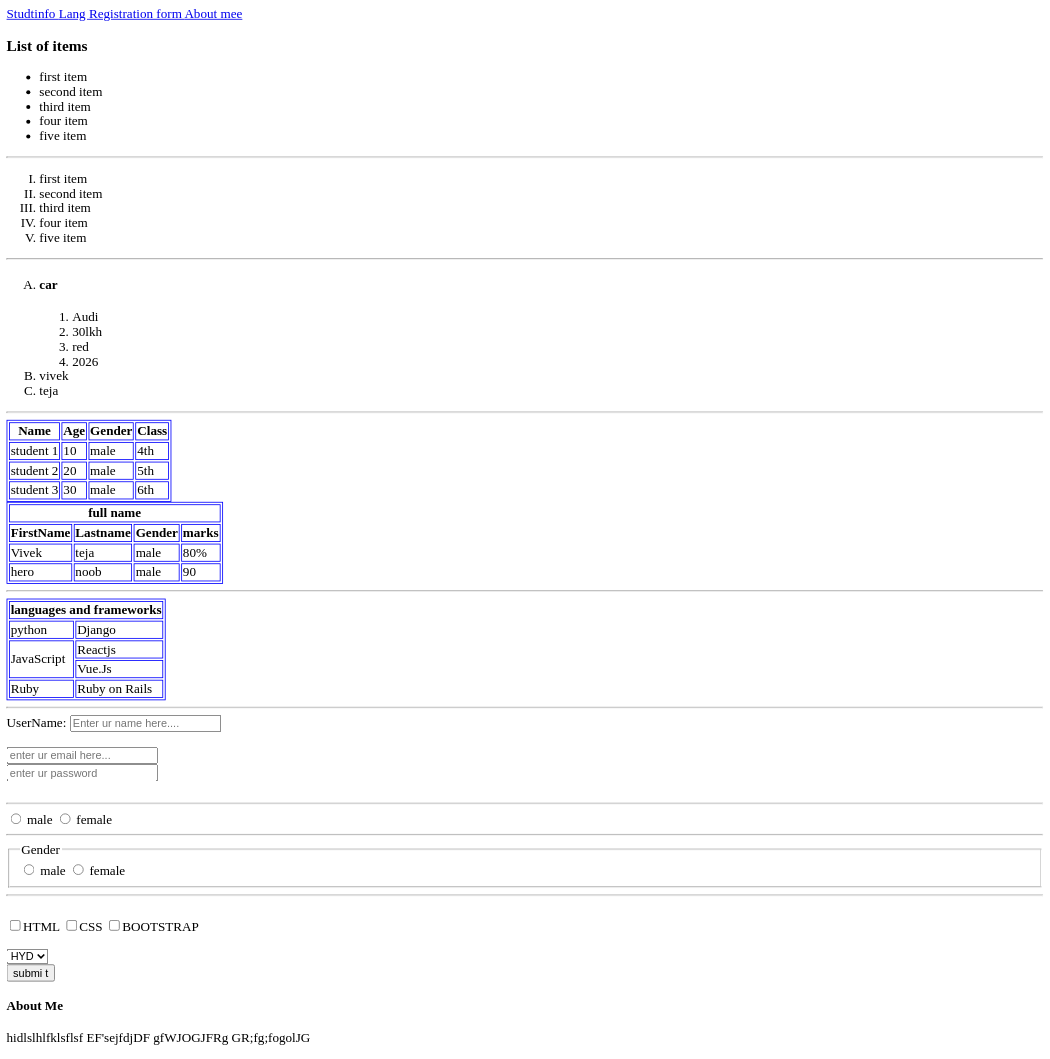
Repository: viveknaidu007/repo-166-Full-Stack-Development-Learning-Notes-Innomatics-2024
Page: module_1-html,css,bootstrap/spet_20_2024/index.html
An editor plug-in stored every save of this project. The page is shown before and after the next save, followed by the edit.
The browser window is 1280 px wide. The pictures show the whole page, at 82% of full size.

Above is the page before, as saved 2024-09-21 23:08:43.

### module_1-html,css,bootstrap/spet_20_2024/index.html
<!DOCTYPE html>
<html lang="en">
<head>
    <meta charset="UTF-8">
    <meta name="viewport" content="width=device-width, initial-scale=1.0">
    <title>intro</title>
    <style>
        table,th,td{
            border:1px solid blue;
        }
    </style>
</head>
<body>

    <a href="#stdInfo"> Studtinfo </a>
    <a href="#Lang"> Lang </a>
    <a href="#Regs"> Registration form </a>
    <a href="#AboutMe"> About mee</a>
    <h3> List of items </h3>
    <ul>
        <li> first item</li>
        <li> second item</li>
        <li> third item</li>
        <li> four item</li>
        <li> five item</li>
    </ul>

    <hr>

    <ol type="I">
        <li> first item </li>
        <li> second item </li>
        <li> third item </li>
        <li> four item </li>
        <li> five item </li>
    </ol>

    <hr>

    <ol type="A">
        <li>
            <h4> car </h4>
            <ol>
                <li> Audi </li>
                <li> 30lkh </li>
                <li> red </li>
                <li> 2026 </li>
            </ol>
        </li>
        <li> vivek </li>
        <li> teja </li>
    </ol>

    <hr>

    <table>
        <tr>
            <th> Name </th>
            <th> Age </th>
            <th> Gender </th>
            <th> Class </th>
        </tr>

        <tr>
            <td> student 1</td>
            <td> 10 </td>
            <td> male </td>
            <td> 4th</td>
        </tr>

        <tr>
            <td> student 2</td>
            <td> 20 </td>
            <td> male </td>
            <td> 5th</td>
        </tr>

        <tr>
            <td> student 3</td>
            <td> 30 </td>
            <td> male </td>
            <td> 6th </td>
        </tr>


    </table>

    <table>
        <tr>
            <th colspan="4"> full name </th>
        </tr>
        <tr>
            <th> FirstName </th>
            <th> Lastname </th>
            <th> Gender </th>
            <th> marks </th>
        </tr>
        <tr>
            <td>Vivek</td>
            <td>teja</td>
            <td>male</td>
            <td>80%</td>
        </tr>
        <tr>
            <td> hero </td>
            <td> noob </td>
            <td> male </td>
            <td> 90 </td>
        </tr>

    </table>
    <hr>
    <table>
        <tr>
            <th colspan="2"> languages and frameworks </th>
        </tr>
        <tr>
            <td>python</td>
            <td>Django</td>
        </tr>
        <tr>
            <td rowspan="2">JavaScript</td>
            <td>Reactjs</td>
        </tr>
        <tr>
            <td>Vue.Js</td>
        </tr>
        <tr>
            <td>Ruby</td>
            <td>Ruby on Rails</td>
        </tr>
    </table>

    <hr>
    <form action="" method="">

    <label for="name"> UserName: </label>
    <input type="text" placeholder="Enter ur name here...."/>
    <br>
    <br>
    <input type="email" placeholder="enter ur email here..."/>
    <br>
    <input type="password" placeholder="enter ur password"/>
    <br> <br> <hr>
    <input type="radio" name="Gender" id="">
    male
    <input type="radio" name="Gender" id="">
    female
    <br>
    <hr>
    <fieldset>
        <legend>Gender</legend>
        <input type="radio" name="gender" id="" />
        male
        <input type="radio" name="gender" id="" />
        female
    </fieldset>
    <hr>
    <br>
    <input type="checkbox" name="" id="">HTML
    <input type="checkbox" name="" id="">CSS
    <input type="checkbox" name="" id="">BOOTSTRAP
    <br> <br>
    <select name="" id="">
        <option value="">HYD</option>
        <option value="">MI</option>
        <option value="">kl</option>
        <option value="">mn</option>
    </select>
    <br>
    <button type="submit"> submi t </button>
    </form>

    <section id="AboutMe">
        <h4> About Me</h4>
        <p>
            hidlslhlfklsflsf
            EF'sejfdjDF
            gfWJOGJFRg
            GR;fg;fogolJG
        </p>

    </section>


</body>
</html>

After the next save:
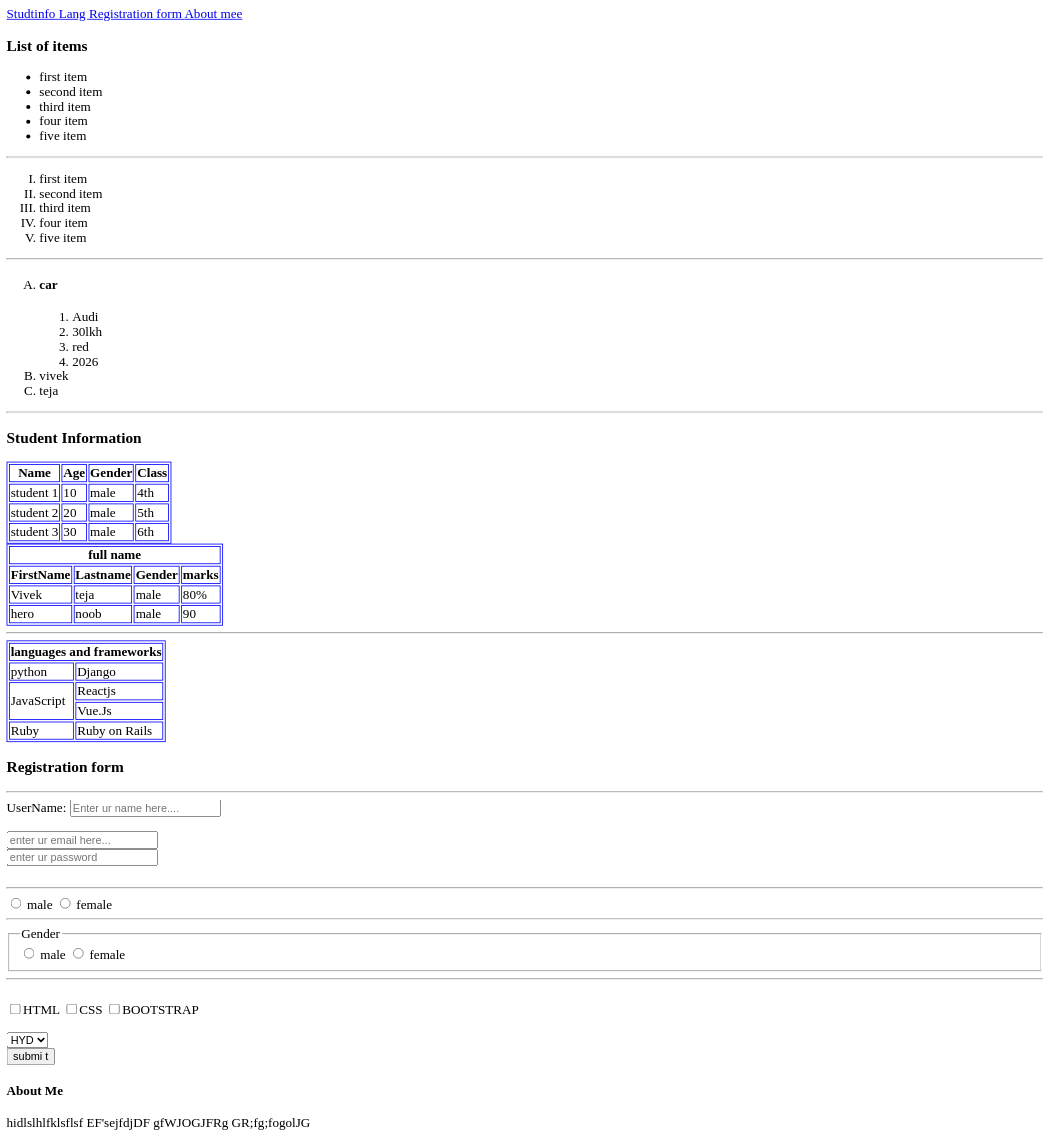
Saved 5 min 57 s later.
--- a/module_1-html,css,bootstrap/spet_20_2024/index.html
+++ b/module_1-html,css,bootstrap/spet_20_2024/index.html
@@ -52,6 +52,8 @@
     </ol>
 
     <hr>
+
+    <h3 id="StdInfo"> Student Information </h3>
 
     <table>
         <tr>
@@ -131,6 +133,7 @@
         </tr>
     </table>
 
+    <h3 id="Regs">Registration form</h3>
     <hr>
     <form action="" method="">
 
